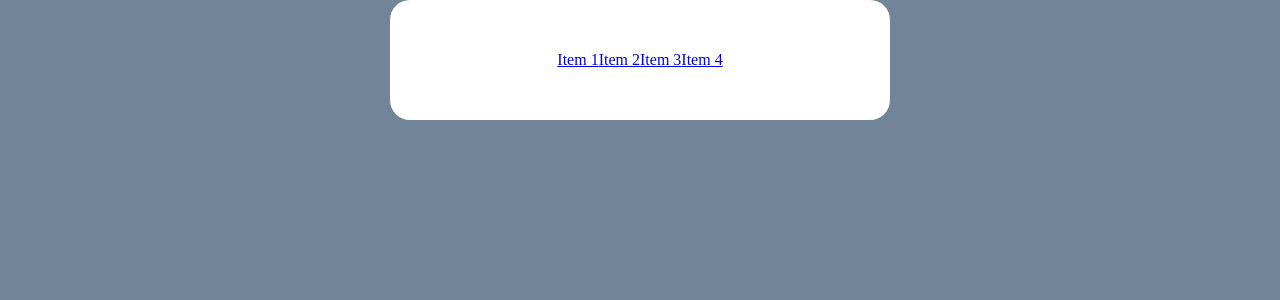
Repository: Artltzz/menu-animado
Page: index.html
These files come from the project's save history. The page is drawn as it stood at one moment and after the next save; the edit follows.
The browser window is 1280 px wide. The pictures show the whole page.
Some icons come from a web library that is not loaded, so they are not drawn.

Above is the page before, as saved 2025-12-27 11:59:44.

After the next save:
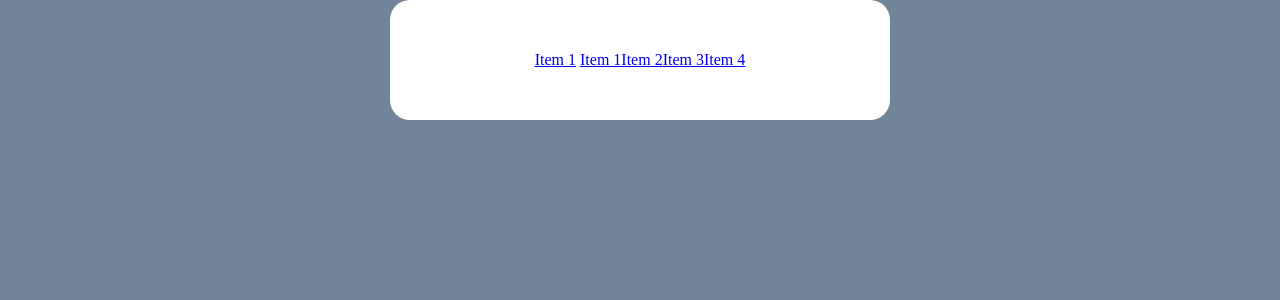
Saved 34 s later.
--- a/index.html
+++ b/index.html
@@ -11,7 +11,7 @@
 
     <div class="header">
             <ul>
-                <li>
+                <li><a href="#">Item 1</a>
                     <i class='bxr  bx-home'></i>
                     <a href="#">Item 1</a>
                 </li>
